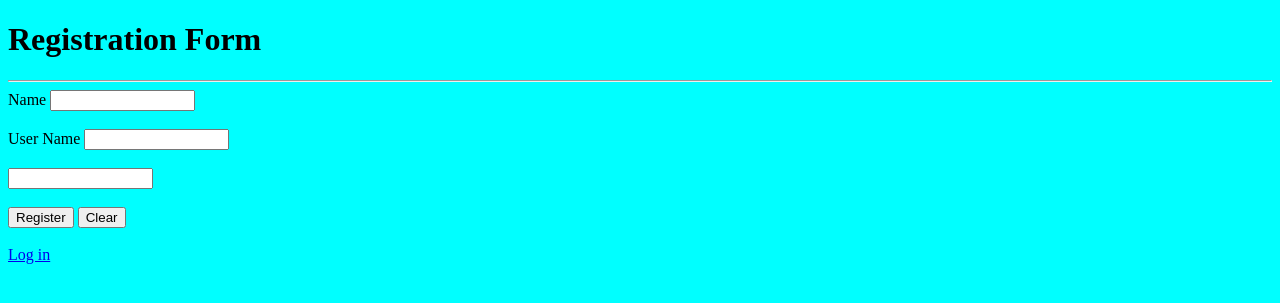
Repository: kevankay/Day10
Page: LoginApp/WebContent/Registration.html
These files come from the project's save history. The page is drawn as it stood at one moment and after the next save; the edit follows.
The browser window is 1280 px wide. The pictures show the whole page.

Above is the page before, as saved 2018-09-05 10:29:59.

### LoginApp/WebContent/Registration.html
<!DOCTYPE html>
<html>
<head>
<meta charset="ISO-8859-1">
<title>Insert title here</title>
</head>
<body bgcolor="cyan">
<h1> Registration Form</h1>
<hr>
<form action="register" method="post">
  <label>Name</label>
  <input type="text" name="Name" size="15"/>
  <br><br>
  <label>User Name</label>
  <input type="text" name="user name" size="15"/>
  <br><br>
  <label></label>
  <input type="password" name="password" size="15"/>
  <br><br>

  <input type="submit" value="Register"/>
  <input type="reset" value="Clear"/>
  <br><br>
     <a href="LogIn.html">Log in</a>

</form>

</body>
</html>

After the next save:
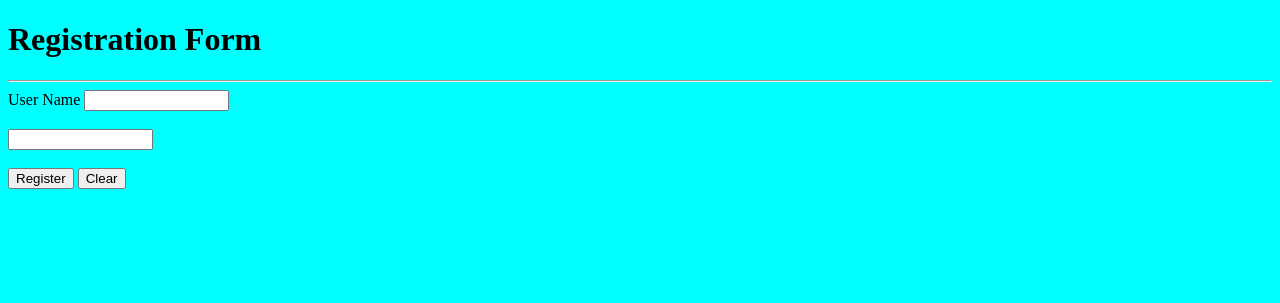
Saved 17 min 3 s later.
--- a/LoginApp/WebContent/Registration.html
+++ b/LoginApp/WebContent/Registration.html
@@ -8,9 +8,7 @@
 <h1> Registration Form</h1>
 <hr>
 <form action="register" method="post">
-  <label>Name</label>
-  <input type="text" name="Name" size="15"/>
-  <br><br>
+
   <label>User Name</label>
   <input type="text" name="user name" size="15"/>
   <br><br>
@@ -21,7 +19,7 @@
   <input type="submit" value="Register"/>
   <input type="reset" value="Clear"/>
   <br><br>
-     <a href="LogIn.html">Log in</a>
+
 
 </form>
 
